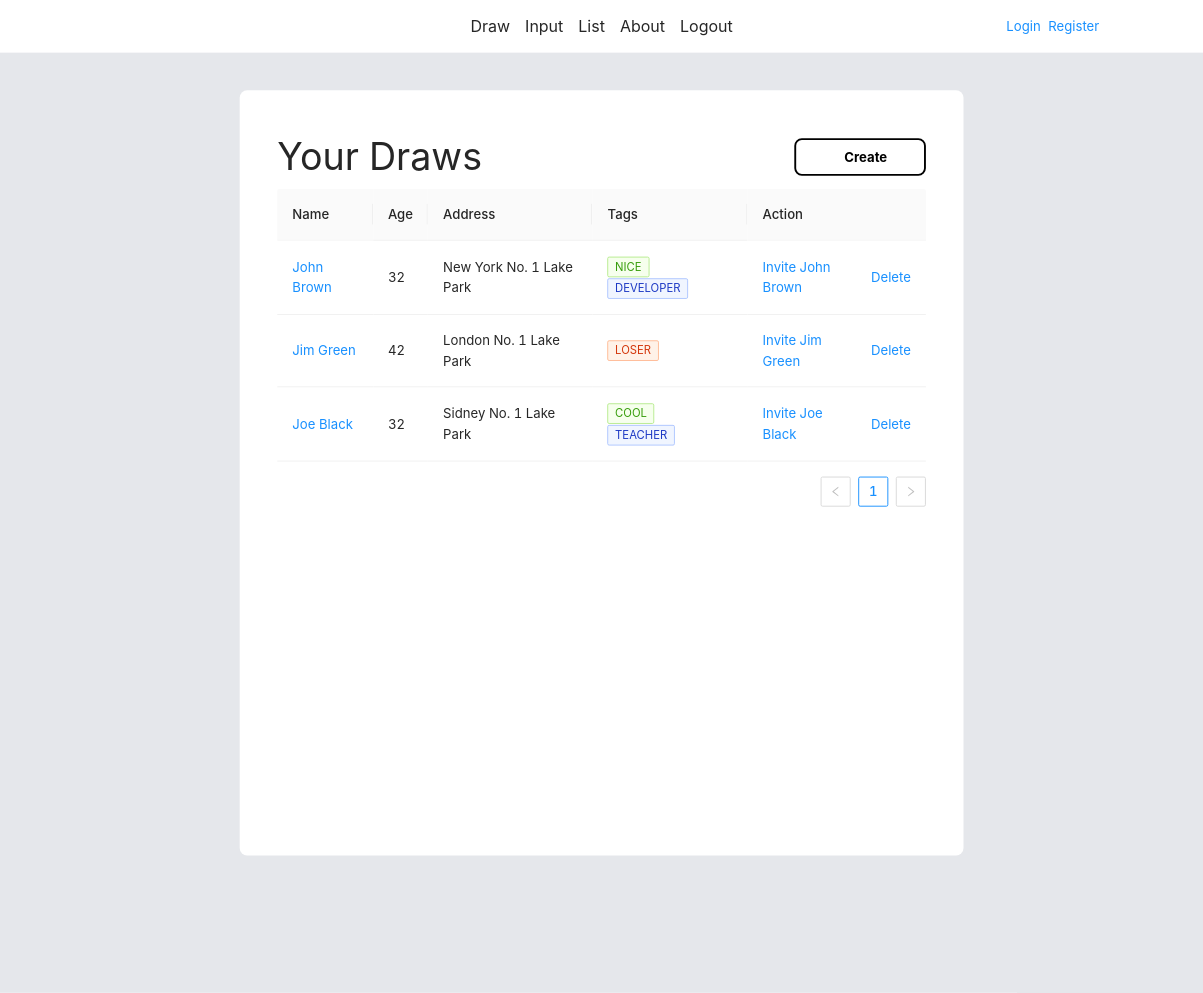
Repository: truongnguyenuit/DrawApp
Page: /draw/list (app in client/)
The author's editor kept a copy of each file at every save. The page is drawn from the files as they stood at one save, then again after the next save.
The browser window is 1280 px wide. The pictures show the whole page, at 94% of full size.
The page's requests for data from a server got no answer. The project was rebuilt for these pictures with package versions that can differ from the ones it lists, and the page was loaded fresh each time. The framework's server and built-in components were replaced by stand-ins that run in the browser. No one was signed in, and anything a server would have sent is missing. Also part of the build but not shown: client/next.config.js.

Above is the page before, as saved 2022-08-20 17:03:50.

After the next save:
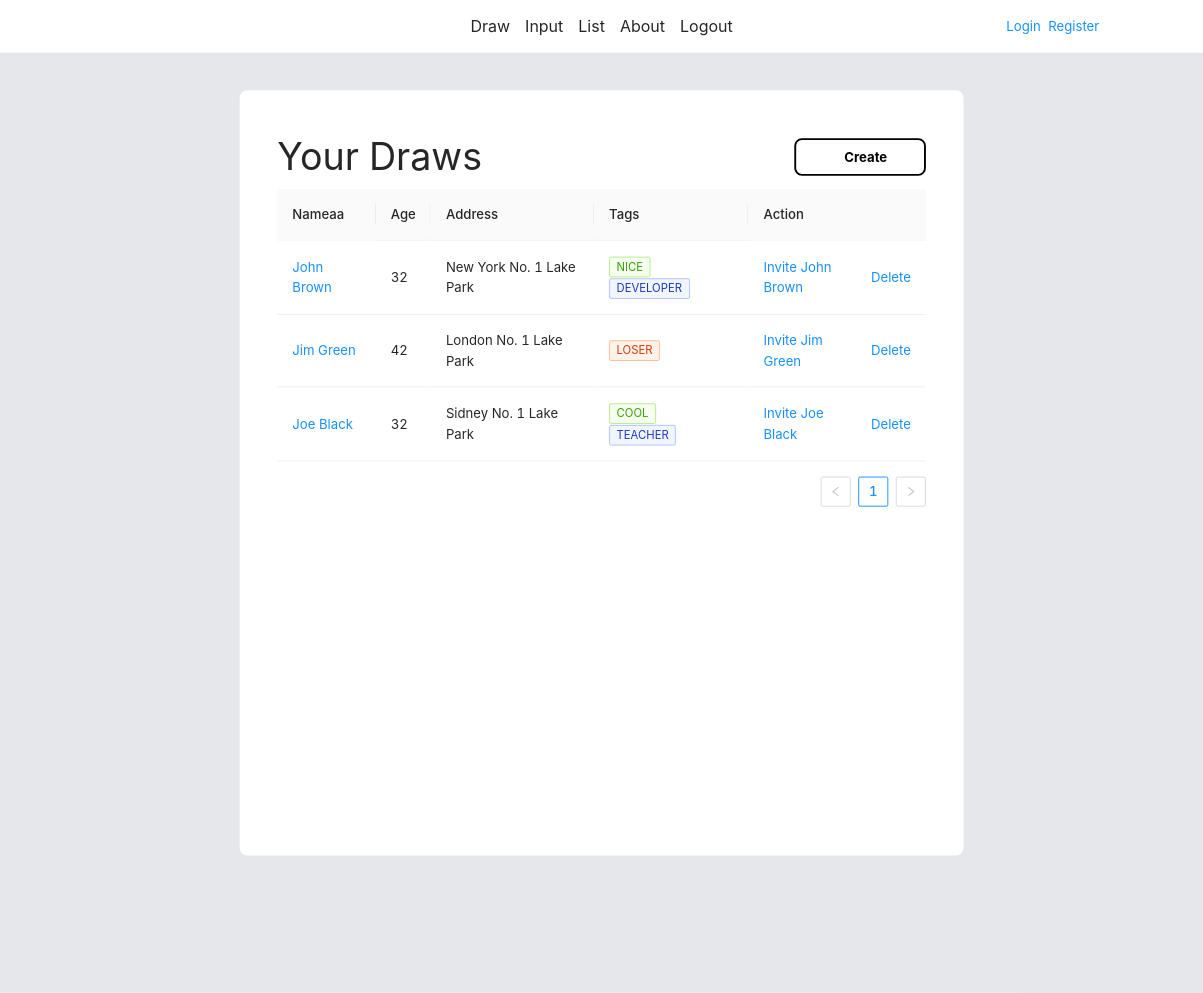
Saved 104 min 21 s later.
--- a/client/pages/draw/list.js
+++ b/client/pages/draw/list.js
@@ -3,7 +3,7 @@ import { Table, Tag, Space } from "antd"
 
 const columns = [
   {
-    title: 'Name',
+    title: 'Nameaa',
     dataIndex: 'name',
     key: 'name',
     render: (text) => <a>{text}</a>,
